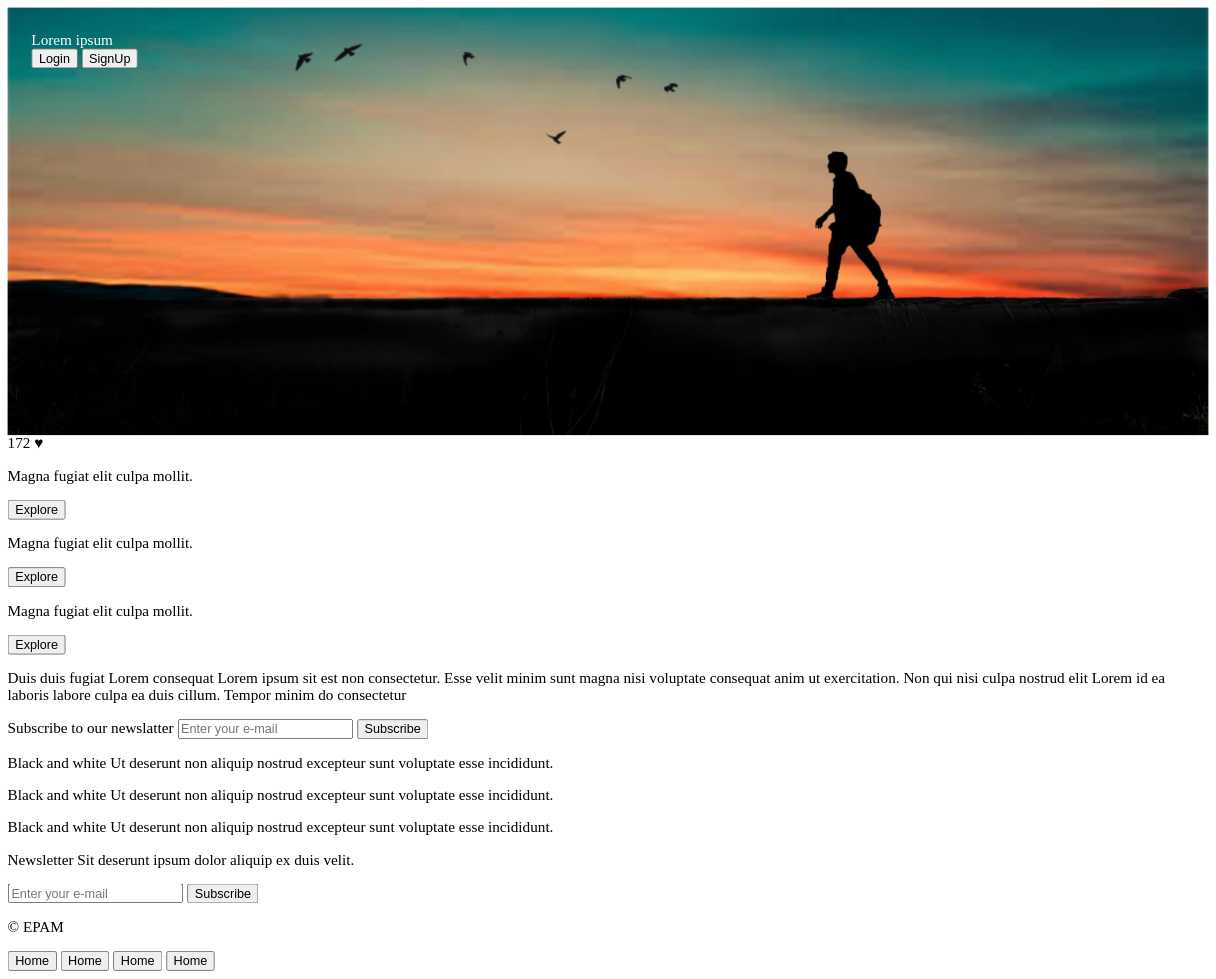
Repository: M1shkaBear/FLX
Page: FLX_homework_4/homework/index.html
These files come from the project's save history. The page is drawn as it stood at one moment and after the next save; the edit follows.
The browser window is 1280 px wide. The pictures show the whole page, at 95% of full size.

Above is the page before, as saved 2019-01-29 04:10:19.

After the next save:
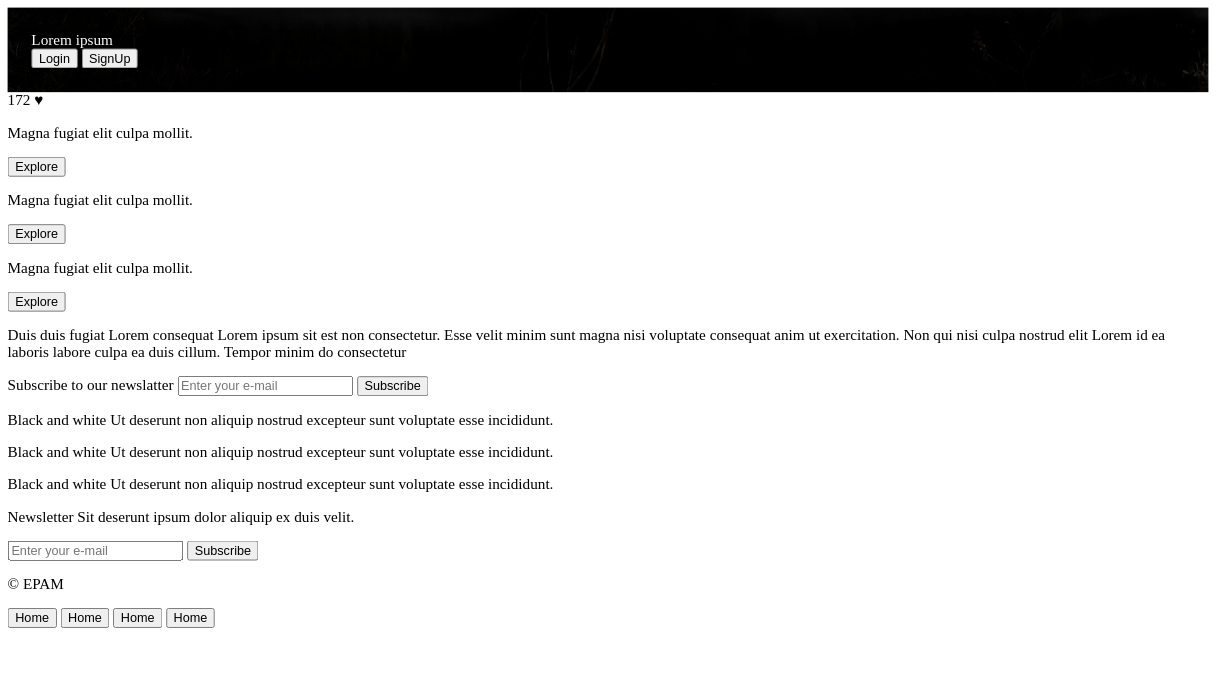
Saved 15 s later.
--- a/FLX_homework_4/homework/css/style.css
+++ b/FLX_homework_4/homework/css/style.css
@@ -1,5 +1,4 @@
 .header {
-  min-height: 400px;
   background-image: url("../img/sample2.jpg");
   background-size: cover;
   background-position: bottom;
